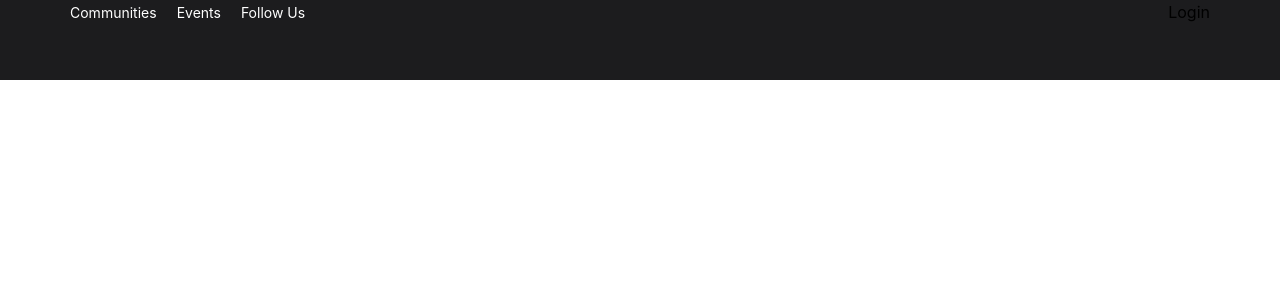
Repository: haudnn/WixdomPlanet-demo
Page: /
The author's editor kept a copy of each file at every save. The page is drawn from the files as they stood at one save, then again after a run of saves.
The browser window is 1280 px wide. The pictures show the whole page.
The project was rebuilt for these pictures with package versions that can differ from the ones it lists, and the page was loaded fresh each time. Also part of the build but not shown: vite.config.js, src/App.css.

Above is the page before, as saved 2023-02-03 09:31:35.

### src/App.jsx
import "./App.css";
import { BrowserRouter } from "react-router-dom";
import Header from "./components/Layout/Header";
function App() {
  return (
    <div className="App bg-[#1c1c1e]">
      <BrowserRouter>
        <Header />
      </BrowserRouter>
    </div>
  );
}

export default App;

### src/index.css
@tailwind base;
@tailwind components;
@tailwind utilities;

:root {
  font-family: Inter, system-ui, Avenir, Helvetica, Arial, sans-serif;
}

### src/components/Layout/Header.jsx
import React from 'react'
import { Link } from 'react-router-dom'

const Header = () => {
  return (
    <header className='h-[80px]'>
        <div className='max-w-[1140px] my-0 mx-auto'>
            <div className='flex items-center justify-between'>
                <div>
                    <div>

                    </div>
                    <ul className='flex items-center gap-x-5'>
                        <li>
                            <Link className='text-sm text-white' to="/communities">Communities</Link>
                        </li>
                        <li>
                            <Link className='text-sm text-white' to="/events">Events</Link>
                        </li>
                        <li>
                            <Link className='text-sm text-white' to="/follow">Follow Us</Link>
                        </li>
                    </ul>
                </div>
                <div>
                    <Link to="/login">Login</Link>
                </div>
            </div>
        </div>
    </header>
  )
}

export default Header

Loaded but not shown: index.html (common file); src/main.jsx (common file); tailwind.config.cjs (common file)

After the next 2 saves:
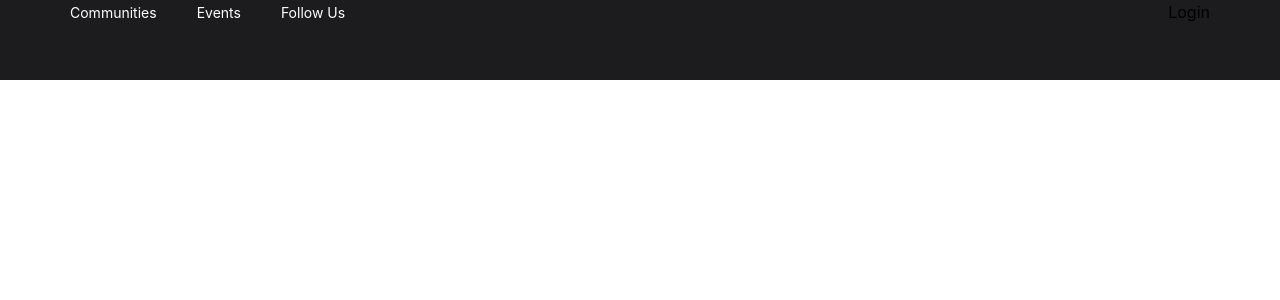
The 2 saves are shown as one change because they came seconds apart.
The last was saved 7 s later.
--- a/src/components/Layout/Header.jsx
+++ b/src/components/Layout/Header.jsx
@@ -10,7 +10,7 @@
                     <div>
 
                     </div>
-                    <ul className='flex items-center gap-x-5'>
+                    <ul className='flex items-center gap-x-10'>
                         <li>
                             <Link className='text-sm text-white' to="/communities">Communities</Link>
                         </li>
